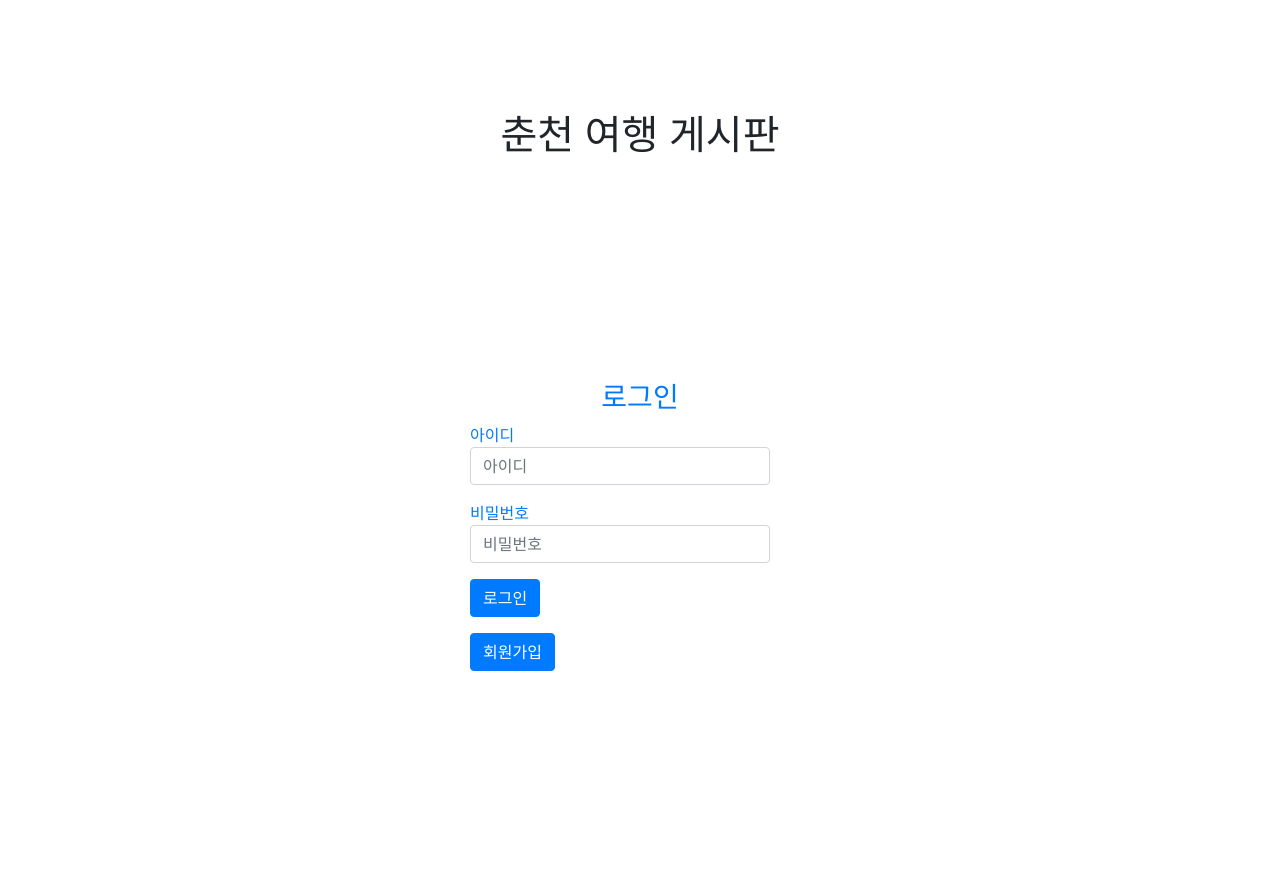
Repository: Seongjoo-Shin/webServer
Page: http://localhost/project/project/login.jsp
The author's editor kept a copy of each file at every save. The page is drawn from the files as they stood at one save, then again after the next save.
The browser window is 1280 px wide. The pictures show the whole page.
The page is served by Tomcat 9. Other server files are loaded and not shown.

Above is the page before, as saved 2021-06-14 05:29:21.

### 20165514_신성주_웹서버구축_프로젝트_소스코드/project/WebContent/project/login.jsp
<%@ page language="java" contentType="text/html; charset=utf-8"
    pageEncoding="utf-8"%>
<!DOCTYPE html>
<html>
<head>
<meta charset="utf-8">
<title>로그인</title>
<link rel="stylesheet" href="https://stackpath.bootstrapcdn.com/bootstrap/4.3.1/css/bootstrap.min.css" integrity="sha384-ggOyR0iXCbMQv3Xipma34MD+dH/1fQ784/j6cY/iJTQUOhcWr7x9JvoRxT2MZw1T" crossorigin="anonymous">
</head>
<body>
	<div class="container">
	<h1 class="text-center" style="margin:10% auto;">춘천 여행 게시판</h1>
		<div class="col-sm-4" style="margin:20% auto; border=solid 1;">
		<h3 class="text-center text-primary">로그인</h3>
		<form method="post" action="login_process.jsp">
			<p class="text-primary">아이디<input type="text" name="user_id" class="form-control" placeholder="아이디" style="width:300px;"></p>
			<p class="text-primary">비밀번호<input type="password" name="user_pwd" class="form-control" placeholder="비밀번호" style="width:300px;"></p>
			<p><input type="submit" class="btn btn-primary" value="로그인"></p>
			<p><a href="register.jsp" class="btn btn-primary">회원가입</a>
		</form>
		</div>
	</div>
</body>
</html>

After the next save:
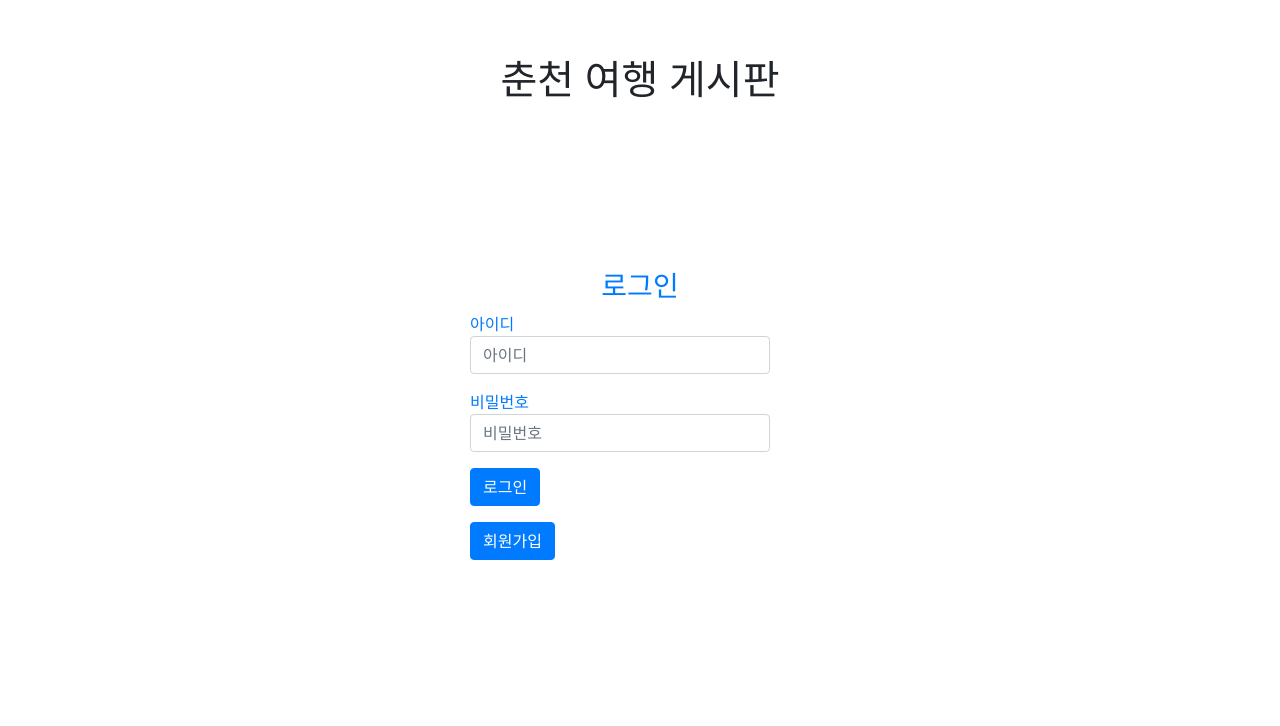
Saved 4 s later.
--- a/20165514_신성주_웹서버구축_프로젝트_소스코드/project/WebContent/project/login.jsp
+++ b/20165514_신성주_웹서버구축_프로젝트_소스코드/project/WebContent/project/login.jsp
@@ -9,8 +9,8 @@
 </head>
 <body>
 	<div class="container">
-	<h1 class="text-center" style="margin:10% auto;">춘천 여행 게시판</h1>
-		<div class="col-sm-4" style="margin:20% auto; border=solid 1;">
+	<h1 class="text-center" style="margin:5% auto;">춘천 여행 게시판</h1>
+		<div class="col-sm-4" style="margin:15% auto; border=solid 1;">
 		<h3 class="text-center text-primary">로그인</h3>
 		<form method="post" action="login_process.jsp">
 			<p class="text-primary">아이디<input type="text" name="user_id" class="form-control" placeholder="아이디" style="width:300px;"></p>
